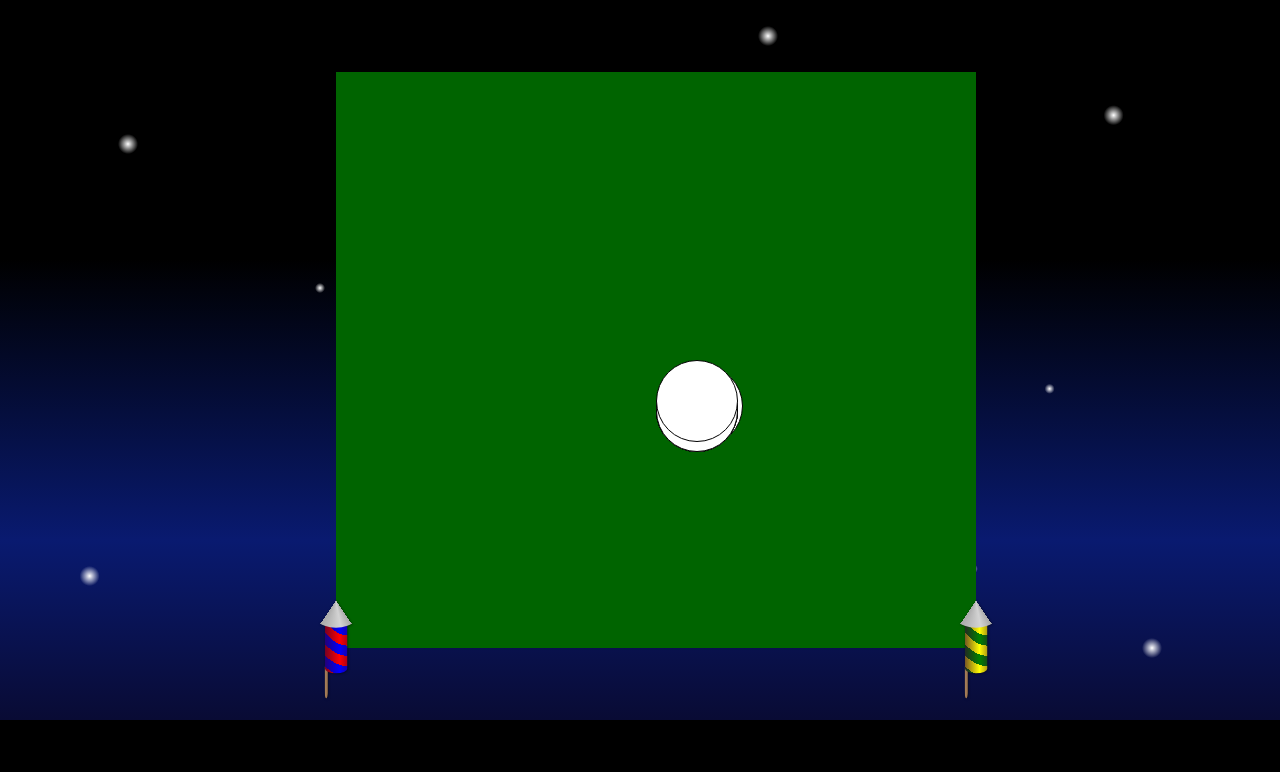
Repository: juliandecloe/CSS-To-The-Rescue---Julian-de-Cloe
Page: index.html
An editor plug-in stored every save of this project. The page is shown before and after the next save, followed by the edit.
The browser window is 1280 px wide. The pictures show the whole page.

Above is the page before, as saved 2022-03-10 17:17:44.

### index.html
<!DOCTYPE html>
<html lang="en">
	<head>
		<meta charset="UTF-8">
		<meta name="viewport" content="width=device-width, initial-scale=1.0">
		<title>The Anticlimax Fireworkshow!</title>
		<link rel="stylesheet" href="style.css">
	</head>
	<body>
		<input id="left" type="checkbox">
		<input id="middle" type="checkbox">
		<input id="right" type="checkbox">
		<main>
			<section>
				<label for="left">
					<figure></figure>
					<figure></figure>
					<figure></figure>
				</label>
				<ul>
					<li>
						<ul>
							<li></li>
							<li></li>
							<li></li>
							<li></li>
							<li></li>
						</ul>
					</li>
					<li>
						<ul>
							<li></li>
							<li></li>
							<li></li>
							<li></li>
							<li></li>
						</ul>
					</li>
					<li>
						<ul>
							<li></li>
							<li></li>
							<li></li>
							<li></li>
							<li></li>
						</ul>
					</li>
					<li>
						<ul>
							<li></li>
							<li></li>
							<li></li>
							<li></li>
							<li></li>
						</ul>
					</li>
					<li>
						<ul>
							<li></li>
							<li></li>
							<li></li>
							<li></li>
							<li></li>
						</ul>
					</li>
					<li>
						<ul>
							<li></li>
							<li></li>
							<li></li>
							<li></li>
							<li></li>
						</ul>
					</li>
					<li>
						<ul>
							<li></li>
							<li></li>
							<li></li>
							<li></li>
							<li></li>
						</ul>
					</li>
					<li>
						<ul>
							<li></li>
							<li></li>
							<li></li>
							<li></li>
							<li></li>
						</ul>
					</li>
					<li>
						<ul>
							<li></li>
							<li></li>
							<li></li>
							<li></li>
							<li></li>
						</ul>
					</li>
					<li>
						<ul>
							<li></li>
							<li></li>
							<li></li>
							<li></li>
							<li></li>
						</ul>
					</li>
					<li>
						<ul>
							<li></li>
							<li></li>
							<li></li>
							<li></li>
							<li></li>
						</ul>
					</li>
					<li>
						<ul>
							<li></li>
							<li></li>
							<li></li>
							<li></li>
							<li></li>
						</ul>
					</li>
				</ul>
			</section>
			<section>
				<label for="middle">
					<figure></figure>
					<figure></figure>
					<figure></figure>
				</label>
				<ul>
					<li>
						<ul>
							<li></li>
							<li></li>
							<li></li>
							<li></li>
							<li></li>
						</ul>
					</li>
					<li>
						<ul>
							<li></li>
							<li></li>
							<li></li>
							<li></li>
							<li></li>
						</ul>
					</li>
					<li>
						<ul>
							<li></li>
							<li></li>
							<li></li>
							<li></li>
							<li></li>
						</ul>
					</li>
					<li>
						<ul>
							<li></li>
							<li></li>
							<li></li>
							<li></li>
							<li></li>
						</ul>
					</li>
					<li>
						<ul>
							<li></li>
							<li></li>
							<li></li>
							<li></li>
							<li></li>
						</ul>
					</li>
					<li>
						<ul>
							<li></li>
							<li></li>
							<li></li>
							<li></li>
							<li></li>
						</ul>
					</li>
					<li>
						<ul>
							<li></li>
							<li></li>
							<li></li>
							<li></li>
							<li></li>
						</ul>
					</li>
					<li>
						<ul>
							<li></li>
							<li></li>
							<li></li>
							<li></li>
							<li></li>
						</ul>
					</li>
					<li>
						<ul>
							<li></li>
							<li></li>
							<li></li>
							<li></li>
							<li></li>
						</ul>
					</li>
					<li>
						<ul>
							<li></li>
							<li></li>
							<li></li>
							<li></li>
							<li></li>
						</ul>
					</li>
					<li>
						<ul>
							<li></li>
							<li></li>
							<li></li>
							<li></li>
							<li></li>
						</ul>
					</li>
					<li>
						<ul>
							<li></li>
							<li></li>
							<li></li>
							<li></li>
							<li></li>
						</ul>
					</li>
				</ul>
			</section>
			<section>
				<label for="right">
					<figure></figure>
					<figure></figure>
					<figure></figure>
				</label>
				<article>
					<ul>
						<li></li>
						<li></li>
						<li></li>
						<li></li>
						<li></li>
						<li></li>
						<li></li>
					</ul>
				</article>
			</section>
		</main>
	</body>
</html>

### style.css
/*========== GENERAL ==========*/

:root * {
	--hoekVar: calc(360deg / 12);
	--rotate: rotate(calc( var(--hoekVar) * var(--index) ));
	--hoekVar2: calc(360deg / 5);
	--rotate2: rotate(calc( var(--hoekVar2) * var(--index2) ));
	--hoekVar3: calc(360deg / 18);
	--rotate3: rotate(calc( var(--hoekVar3) * var(--index3) ));
	--star1: 5px;
	--star2: 3px;
}

@property --star1 {
	syntax: '<length>';
	inherits: false;
	initial-value: 0px;
}

@property --star2 {
	syntax: '<length>';
	inherits: false;
	initial-value: 0px;
}

* {
	padding: 0;
	margin: 0;
}

body, html {
	overflow: hidden;
}

html {
	background: linear-gradient(0deg, rgba(9,11,52,1) 0%, rgba(9,26,112,1) 25%, rgba(0,0,0,1) 64%, rgba(0,0,0,1) 100%);
}

@keyframes stars {
	0% {
		--star1: 5px;
	}
	100% {
		--star1: 10px;
	}
}

@keyframes stars2 {
	0% {
		--star2: 3px;
	}
	100% {
		--star2: 6px;
	}
}

body {
	background-position: center;
	background-image:
	radial-gradient(
		circle at
			10%
			20%,
		white,
		transparent var(--star1)
	),
	radial-gradient(
		circle at
			34%
			15%,
		white,
		transparent var(--star2)
	),
	radial-gradient(
		circle at
			50%
			60%,
		white,
		transparent var(--star2)
	),
	radial-gradient(
		circle at
			60%
			80%,
		white,
		transparent var(--star2)
	),
	radial-gradient(
		circle at
			25%
			40%,
		white,
		transparent var(--star2)
	),
	radial-gradient(
		circle at
			7%
			80%,
		white,
		transparent var(--star1)
	),
	radial-gradient(
		circle at
			87%
			16%,
		white,
		transparent var(--star1)
	),
	radial-gradient(
		circle at
			76%
			79%,
		white,
		transparent var(--star2)
	),
	radial-gradient(
		circle at
			90%
			90%,
		white,
		transparent var(--star1)
	),
	radial-gradient(
		circle at
			60%
			5%,
		white,
		transparent var(--star1)
	),
	radial-gradient(
		circle at
			72%
			32%,
		white,
		transparent var(--star2)
	),
	radial-gradient(
		circle at
			50%
			28%,
		white,
		transparent var(--star1)
	),
	radial-gradient(
		circle at
			37%
			80%,
		white,
		transparent var(--star1)
	),
	radial-gradient(
		circle at
			82%
			54%,
		white,
		transparent var(--star2)
	);
	animation:
	stars 1s linear alternate infinite,
	stars2 1.5s linear alternate infinite;
}

@media (prefers-reduced-motion) {
	body {
		animation-name: dissolve;
	}
}

main {
	display: flex;
	justify-content: center;
	align-items: end;
	width: 100vw;
	height: 100vh;
	padding-left: 1rem;
}

@media (max-width: 630px) {
	main {
		transform: scale(.5) translateY(50vh);
	}
}

section {
	display: grid;
	place-items: center;
	transition: 1s ease-out;
	width: 50vw;
}

@media (max-width: 630px) {
	section {
		width: 80vw;
	}
}

input {
	display: none;
}

/*========== FIRE ROCKET ==========*/

/*===== GENERAL =====*/

label {
	transform: scale(.3) translateY(50vh);
	z-index: 5;
	height: 350px;
	width: 120px;
	filter: drop-shadow(2px 2px 4px rgb(0,0,0,0.5));
	transition: 1s;
	cursor: pointer;
	animation: 1s
}

@media (max-width: 630px) {
	label {
		transform: scale(.5);
	}
}

section label > figure:first-child {
	border-radius: 50%;
	position: absolute;
	left: calc(50% - 55px);
	width: 110px;
	height: 130px;
	z-index: 3;
	clip-path: ellipse(90% 70% at center top);
	background-image:
		conic-gradient(
		at center top,
		transparent 146deg,
		darkgray 146deg,
		lightgray 170deg,
		darkgray 214deg,
		transparent 214deg
	);
}

section label figure:nth-child(2) {
	position: absolute;
	top: 83px;
	left: calc(50% - 37.5px);
	width: 75px;
	height: 160px;
	z-index: 2;
	background-size: 100% 100%, 600% 600%;
	background-position:left top, 40% -30%;
	border-radius: 0 0 50% 50% / 0 0 1em 1em;
}

section label > figure:nth-child(3) {
	position: absolute;
	background: #BA8C63;
	top: 220px;
	left: calc(50% - 37.5px);
	width: 10px;
	height: 110px;
	z-index: 1;
	box-shadow: inset -2px 0 8px rgb(0,0,0,0.5);
	clip-path: ellipse(10px 95px at 50% 10%);
}


/*===== COLOR ARROWS =====*/

section:first-child label figure:nth-child(2) {
	background-image:
		linear-gradient(
			to right,
			#303a 0%,
			transparent 65%,
			#3036 100%
		),
		repeating-radial-gradient(
			red 0 1em,
			blue 1em 2em
	);
}

section:nth-child(2) label figure:nth-child(2) {
	background-image:
		linear-gradient(
			to right,
			#303a 0%,
			transparent 65%,
			#3036 100%
		),
		repeating-radial-gradient(
			green 0 1em,
			yellow 1em 2em
		);
}

section:last-child label figure:nth-child(2) {
	background-image:
		linear-gradient(
			to right,
			#303a 0%,
			transparent 65%,
			#3036 100%
		),
		repeating-radial-gradient(
			pink 0 1em,
			purple 1em 2em
		);
}


/*========== FIRE WORK ==========*/

/*===== LAYER 1 =====*/

section > ul {
	list-style-type: none;
	position: absolute;
	width: 1rem;
	height: 1rem;
	display: grid;
	place-items: center;
	/* background-color: #ff4; */
}

section > ul > li {
	position: absolute;
	top: 50%;
	width: 40%;
	height: 1200%;
	transform-origin: center top;
	transform: var(--rotate);
	transition: .3s ease-out;
	transition-delay: 1s;
	display: flex;
	/* background-color: #f004; */
}

section:nth-child(2) > ul > li {
	position: absolute;
	top: 50%;
	width: 40%;
	height: 1200%;
	transform-origin: center top;
	transform: var(--rotate);
	transition: .3s ease-out;
	transition-delay: 1s;
	display: flex;
	/* background-color: #f004; */
}

section > ul > li::after {
	content: "";
	display: block;
	width: 100%;
	height: 50%;
	transition: .2s ease-out;
	transform-origin: center top;
	transform: scaleY(0);
	position: absolute;
}

/* Color */

section:first-child > ul > li::after {
	background-color: blue;
}

section:nth-child(2) > ul > li::after {
	background-color: green;
}

section:last-child > ul li::after {
	background-color: pink;
}


/*===== LAYER 2 =====*/

section > ul > li ul {
	list-style-type: none;
	position: relative;
	width: .5em;
	aspect-ratio: 1/1;
	align-self: end;
	display: grid;
	place-items: center;
	/* background-color: #f088; */
}

section:first-child > ul > li li {
	position: absolute;
	top: 50%;
	width: 25%;
	aspect-ratio: 1/8;
	background-color: #f00;
	transform-origin: center top;
	transform: var(--rotate2) scaleY(0);
	transition: .3s ease-out;
	transition-delay: 1.8s;
}

section:nth-child(2) > ul > li li {
	position: absolute;
	width: 30%;
	height: 1200%;
	background-color: yellow;
	transform-origin: center;
	transform: var(--rotate2) scaleY(1);
	transition: .5s ease-out;
	transition-delay: 1.5s;
	visibility: hidden;
}


/*========== INTERACTION ==========*/

/*===== GENERAL =====*/

section > ul > li:nth-of-type(1) { --index:1; }
section > ul > li:nth-of-type(2) { --index:2; }
section > ul > li:nth-of-type(3) { --index:3; }
section > ul > li:nth-of-type(4) { --index:4; }
section > ul > li:nth-of-type(5) { --index:5; }
section > ul > li:nth-of-type(6) { --index:6; }
section > ul > li:nth-of-type(7) { --index:7; }
section > ul > li:nth-of-type(8) { --index:8; }
section > ul > li:nth-of-type(9) { --index:9; }
section > ul > li:nth-of-type(10) { --index:10; }
section > ul > li:nth-of-type(11) { --index:11; }
section > ul > li:nth-of-type(12) { --index:12; }

ul > li li:nth-of-type(1) { --index2:1; }
ul > li li:nth-of-type(2) { --index2:2; }
ul > li li:nth-of-type(3) { --index2:3; }
ul > li li:nth-of-type(4) { --index2:4; }
ul > li li:nth-of-type(5) { --index2:5; }

/* section:last-child li:nth-of-type(1) { --index3:1; }
section:last-child li:nth-of-type(2) { --index3:2; }
section:last-child li:nth-of-type(3) { --index3:3; }
section:last-child li:nth-of-type(4) { --index3:4; }
section:last-child li:nth-of-type(5) { --index3:5; }
section:last-child li:nth-of-type(6) { --index3:6; }
section:last-child li:nth-of-type(7) { --index3:7; }
section:last-child li:nth-of-type(8) { --index3:8; }
section:last-child li:nth-of-type(9) { --index3:9; }
section:last-child li:nth-of-type(10) { --index3:10; }
section:last-child li:nth-of-type(11) { --index3:11; }
section:last-child li:nth-of-type(12) { --index3:12; }
section:last-child li:nth-of-type(13) { --index3:13; }
section:last-child li:nth-of-type(14) { --index3:14; }
section:last-child li:nth-of-type(15) { --index3:15; }
section:last-child li:nth-of-type(16) { --index3:16; }
section:last-child li:nth-of-type(17) { --index3:17; }
section:last-child li:nth-of-type(18) { --index3:18; } */

/* Rocket */

input:first-child[type="checkbox"]:checked ~ main section:first-child, input:nth-child(2)[type="checkbox"]:checked ~ main section:nth-child(2) {
	transform: translateY(-50vh);
}

@media (max-width: 630px) {
	input:first-child[type="checkbox"]:checked ~ main section:first-child, input:nth-child(2)[type="checkbox"]:checked ~ main section:nth-child(2) {
		transform: translateY(-90vh);
	}
}

input:first-child[type="checkbox"]:checked ~ main section:first-child label, input:nth-child(2)[type="checkbox"]:checked ~ main section:nth-child(2) label {
	transform: scale(.5, .3);
	animation: explode 1s 1s ease-in forwards;
}

/* Explode 1 */

input:first-child[type="checkbox"]:checked ~ main section:first-child > ul > li, input:nth-child(2)[type="checkbox"]:checked ~ main section:nth-child(2) > ul > li {
	transform: var(--rotate) translateY(2em);
}

input:first-child[type="checkbox"]:checked ~ main section:first-child > ul > li::after, input:nth-child(2)[type="checkbox"]:checked ~ main section:nth-child(2) > ul > li::after {
	animation: after .3s 1s ease-out forwards;
}


/*===== ARROW 1 =====*/

input:first-child[type="checkbox"]:checked ~ main section:first-child > ul > li li {
	animation: lili .3s 1.5s ease-out forwards;
}

/*===== ARROW 2 =====*/

input:nth-child(2)[type="checkbox"]:checked ~ main section:nth-child(2) > ul > li li {
	visibility: visible;
	transform: var(--turn) scaleY(6) translateY(2em);
	opacity: 0;
}

/*===== ARROW 3 =====*/

input:nth-child(3)[type="checkbox"]:checked ~ main section:last-child {
	transform: translateY(-50vh);
}

input:nth-child(3)[type="checkbox"]:checked ~ main article label {
	animation: huge .8s 1s ease-out forwards;
}

/*========== ANIMATIONS ==========*/

@keyframes huge {
	0% {
		transform: scaleY(0);
	}
	99% {
		transform: translateY(200%) scaleY(0);
		opacity: 0;
	}
	100% {
		transform: translateY(0) scaleY(0);
		opacity: 1;
	}
}

@keyframes explode {
	0% {
		visibility: hidden;
	}
	99% {
		visibility: hidden;
	}
	100% {
		transform: translateY(65vh) scale(.3);
		visibility: visible;
	}
}

@keyframes after {
	0% {
		transform: scaleY(0);
	}
	33% {
		transform: scaleY(1) ;
	}
	67% {
		transform: translateY(100%) scaleY(1) ;
	}
	99% {
		transform: translateY(200%) scaleY(0) ;
	}
	100% {
		transform: translateY(0) scaleY(0) ;
	}
}

@keyframes lili {
	0% {
		transform: var(--rotate2) translateY(0) scaleY(0);
	}
	50% {
		transform: var(--rotate2) translateY(0) scaleY(3);
	}
	99% {
		transform: var(--rotate2) translateY(400%) scaleY(0);
	}
	100% {
		transform: var(--rotate2) translateY(0) scaleY(0);
	}
}



/*========== CLOUDS ==========*/

section:last-child label {
	display: none;
}

section:last-child {
	position: absolute;
	top: 10vh;
	background-color: darkgreen;
	width: 50vw;
	height: 80vh;
}

article ul {
	position: relative;
	list-style-type: none;
}

article li {
	position: absolute;
	border-radius: 50%;
	background-color: white !important;
	width: 5rem;
	height: 5rem;
	border: 1px solid black;
}

article li:first-child {
	top: 5px;
	left: 5px;
}

article li:nth-child(2) {
	top: 10px;
	left: 0;
}

article li:nth-child(3) {
	top: 10px;
	left: 0;
}

article li:nth-child(4) {
	top: 10px;
	left: 0;
}

article li:nth-child(5) {
	top: 10px;
	left: 0;
}

article li:nth-child(6) {
	top: 10px;
	left: 0;
}

After the next save:
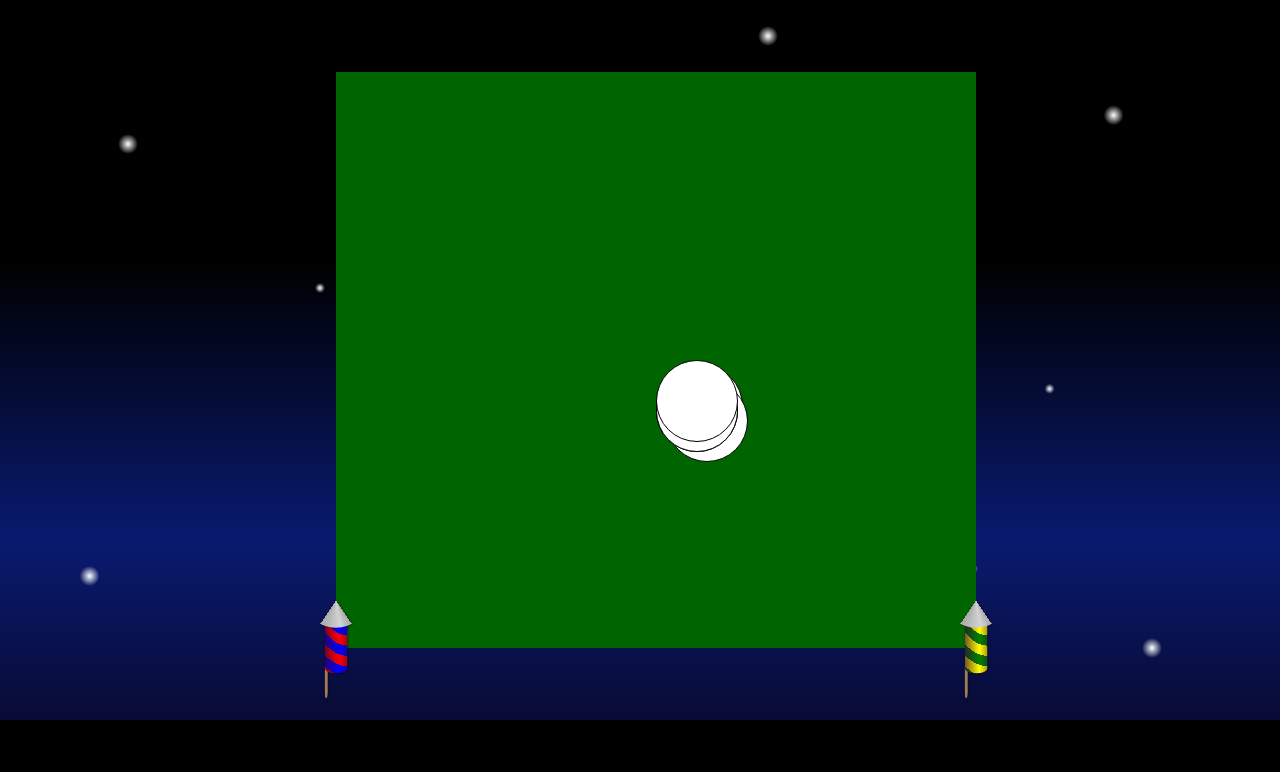
Saved 9 s later.
--- a/style.css
+++ b/style.css
@@ -609,8 +609,8 @@ article li:nth-child(2) {
 }
 
 article li:nth-child(3) {
-	top: 10px;
-	left: 0;
+	top: 20px;
+	left: 10px;
 }
 
 article li:nth-child(4) {
